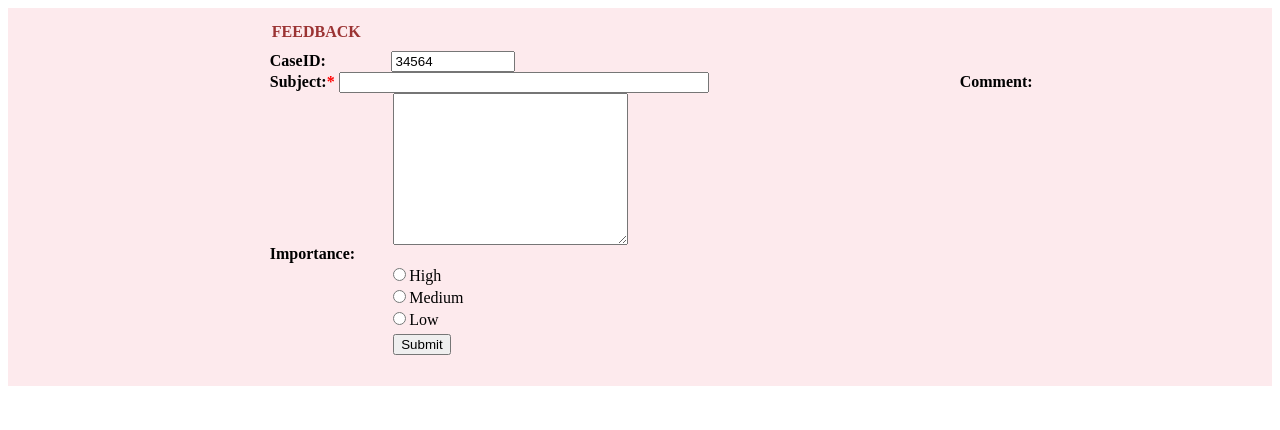
Repository: vRia4/INST728J-Victoria-Nathaniel
Page: Assignments/feedback.html
An editor plug-in stored every save of this project. The page is shown before and after the next save, followed by the edit.
The browser window is 1280 px wide. The pictures show the whole page.

Above is the page before, as saved 2023-07-25 11:35:03.

After the next save:
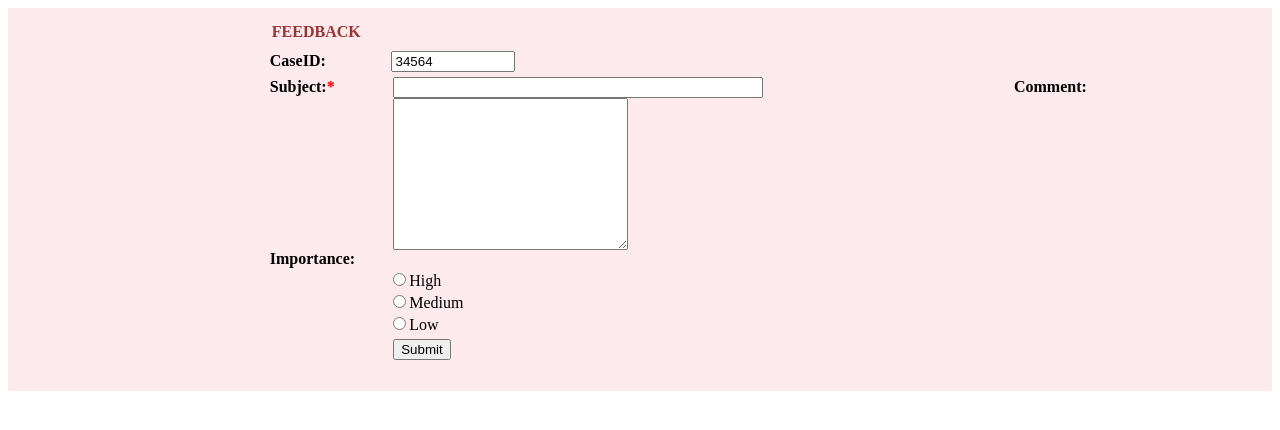
Saved 6 s later.
--- a/Assignments/feedback.html
+++ b/Assignments/feedback.html
@@ -28,8 +28,8 @@
 
         input[type="class"] {
             width: 30%;
-            /* margin-left: 4.4%; */
-            /* margin-top: 5px; */
+            margin-left: 4.4%;
+            margin-top: 5px;
         }
 
         textarea {
